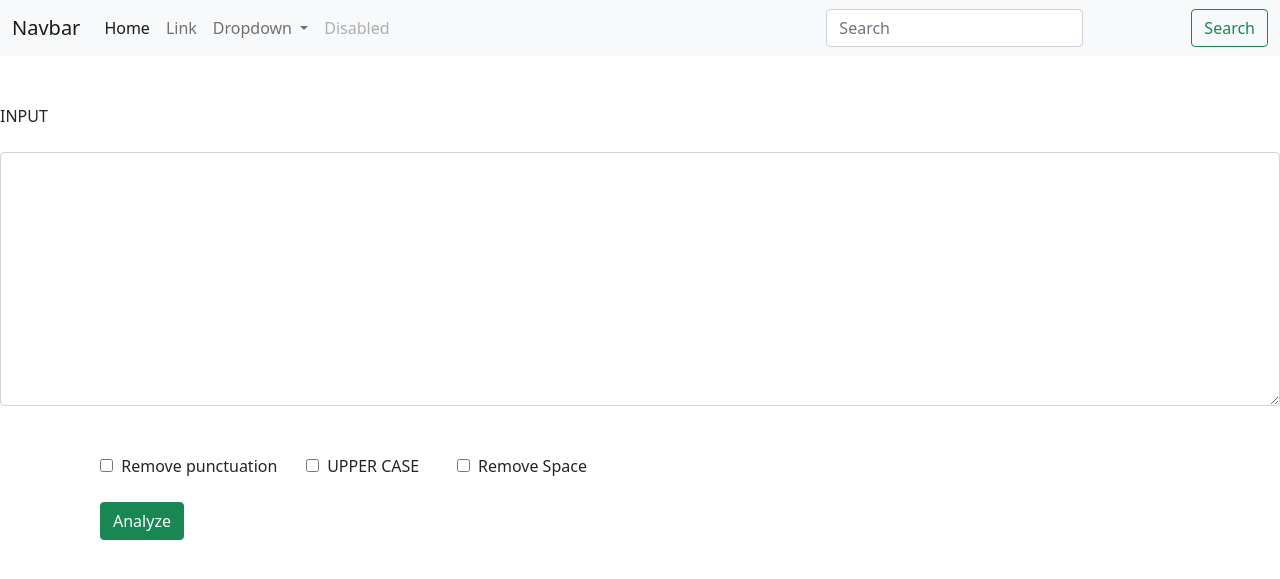
Repository: thenameisshreyank/Textutility
Page: http://localhost/
An editor plug-in stored every save of this project. The page is shown before and after the next save, followed by the edit.
The browser window is 1280 px wide. The pictures show the whole page.
The page is served by the project's application, run on Django 4.2 (manage.py). Other server files are loaded and not shown.

Above is the page before, as saved 2022-04-15 09:09:31.

### templates/index.html
<!DOCTYPE html>
<html lang="en">
<head>
    <meta charset="UTF-8">
    <meta http-equiv="X-UA-Compatible" content="IE=edge">
    <meta name="viewport" content="width=device-width, initial-scale=1.0">
    <!-- CSS only -->
<link href="https://cdn.jsdelivr.net/npm/bootstrap@5.1.3/dist/css/bootstrap.min.css" rel="stylesheet" integrity="sha384-1BmE4kWBq78iYhFldvKuhfTAU6auU8tT94WrHftjDbrCEXSU1oBoqyl2QvZ6jIW3" crossorigin="anonymous">
    <title>Document</title>
    <style>
      #text{
        margin-left: 100px;
        width: 80%;
        margin-right:100px;
      }
      #rf{
        margin-left: 100px;


      }
      button{
        margin-left: 100px;
      }

    </style>
</head>
<body>
    <nav class="navbar navbar-expand-lg navbar-light bg-light">
        <div class="container-fluid">
          <a class="navbar-brand" href="https://getbootstrap.com/">Navbar</a>
          <button class="navbar-toggler" type="button" data-bs-toggle="collapse" data-bs-target="#navbarSupportedContent" aria-controls="navbarSupportedContent" aria-expanded="false" aria-label="Toggle navigation">
            <span class="navbar-toggler-icon"></span>
          </button>
          <div class="collapse navbar-collapse" id="navbarSupportedContent">
            <ul class="navbar-nav me-auto mb-2 mb-lg-0">
              <li class="nav-item">
                <a class="nav-link active" aria-current="page" href="#">Home</a>
              </li>
              <li class="nav-item">
                <a class="nav-link" href="#">Link</a>
              </li>
              <li class="nav-item dropdown">
                <a class="nav-link dropdown-toggle" href="#" id="navbarDropdown" role="button" data-bs-toggle="dropdown" aria-expanded="false">
                  Dropdown
                </a>
                <ul class="dropdown-menu" aria-labelledby="navbarDropdown">
                  <li><a class="dropdown-item" href="#">Action</a></li>
                  <li><a class="dropdown-item" href="#">Another action</a></li>
                  <li><hr class="dropdown-divider"></li>
                  <li><a class="dropdown-item" href="#">Something else here</a></li>
                </ul>
              </li>
              <li class="nav-item">
                <a class="nav-link disabled">Disabled</a>
              </li>
            </ul>
            <form class="d-flex">
              <input class="form-control me-2" type="search" placeholder="Search" aria-label="Search">
              <button class="btn btn-outline-success" type="submit">Search</button>
            </form>
          </div>
        </div>
      </nav><br><br>
      <form action="analyze" method="get">
        <div class="form-group">
          <label for="exampleFormControlTextarea1">INPUT</label><br><br>
          <textarea class="form-control" id="textarea" rows="10" cols="5"></textarea>
        </div><br><br>
        <input type="checkbox" id="rf" name="rf" value="true">&nbsp;&nbsp;Remove punctuation&nbsp;&nbsp;&emsp;
        <input type="checkbox" id="upper" name="upper" value="true">&nbsp;&nbsp;UPPER CASE&nbsp;&nbsp;&nbsp;&nbsp;&nbsp;&nbsp;&nbsp;&nbsp;
        <input type="checkbox" id="space" name="space" value="true">&nbsp;&nbsp;Remove Space&nbsp;&nbsp;
        <br><br><button type="submit" class="btn btn-success" id="analyze">Analyze</button>
      </form>
</body>
</html>

### c1/views.py

from django.http import HttpResponse
from django.shortcuts import render

from django.http import HttpResponse
# Create your views here.

def nav(request):
    return render(request,"index.html")

def analyze(request):
    rawtext=request.GET.get('text')
    pun=request.GET.get('rf')
    uc=request.GET.get('upper')
    space=request.GET.get('space')
    answer=""
    ans1=""
    if pun=='true':
        punctuation='''!@#$%^&*()_;+<>?/~`'''
        for x in rawtext:
            if x not in punctuation:
             answer=answer+x
    else:
        answer=rawtext
    if uc=="true":
        # for ch in rawtext:
        answer=answer.upper()

    if space=="true":
        for ch in answer:
            if ch==" ":
                pass
            else:
                ans1=ans1+ch
        answer=ans1
    return render(request,'analyze.html',{'ans':answer})

### c/urls.py
"""c URL Configuration

The `urlpatterns` list routes URLs to views. For more information please see:
    https://docs.djangoproject.com/en/4.0/topics/http/urls/
Examples:
Function views
    1. Add an import:  from my_app import views
    2. Add a URL to urlpatterns:  path('', views.home, name='home')
Class-based views
    1. Add an import:  from other_app.views import Home
    2. Add a URL to urlpatterns:  path('', Home.as_view(), name='home')
Including another URLconf
    1. Import the include() function: from django.urls import include, path
    2. Add a URL to urlpatterns:  path('blog/', include('blog.urls'))
"""

from django.contrib import admin
from django.urls import include, path

urlpatterns = [
    path('admin/', admin.site.urls),
    path('',include('c1.urls')),
]

### c1/urls.py




from . import views
from django.urls import path


urlpatterns=[
    path('',views.nav),
    path('analyze/',views.analyze),
]

After the next save:
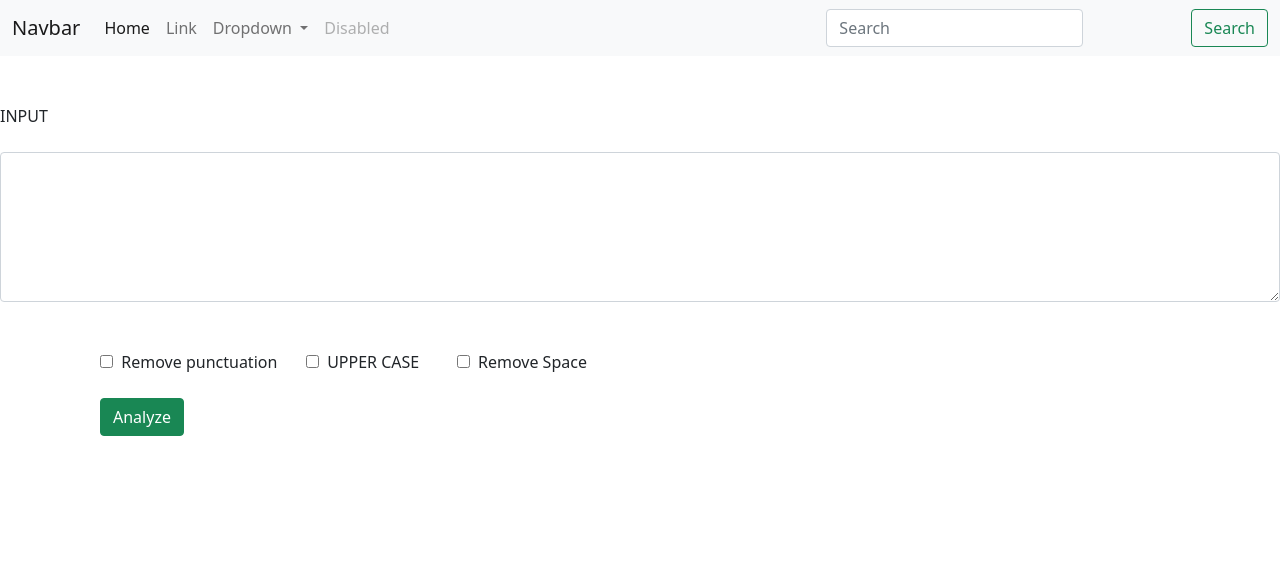
Saved 94 s later.
--- a/templates/index.html
+++ b/templates/index.html
@@ -21,6 +21,10 @@
       button{
         margin-left: 100px;
       }
+      textarea {
+  width: 300px;
+  height: 150px;
+}
 
     </style>
 </head>
